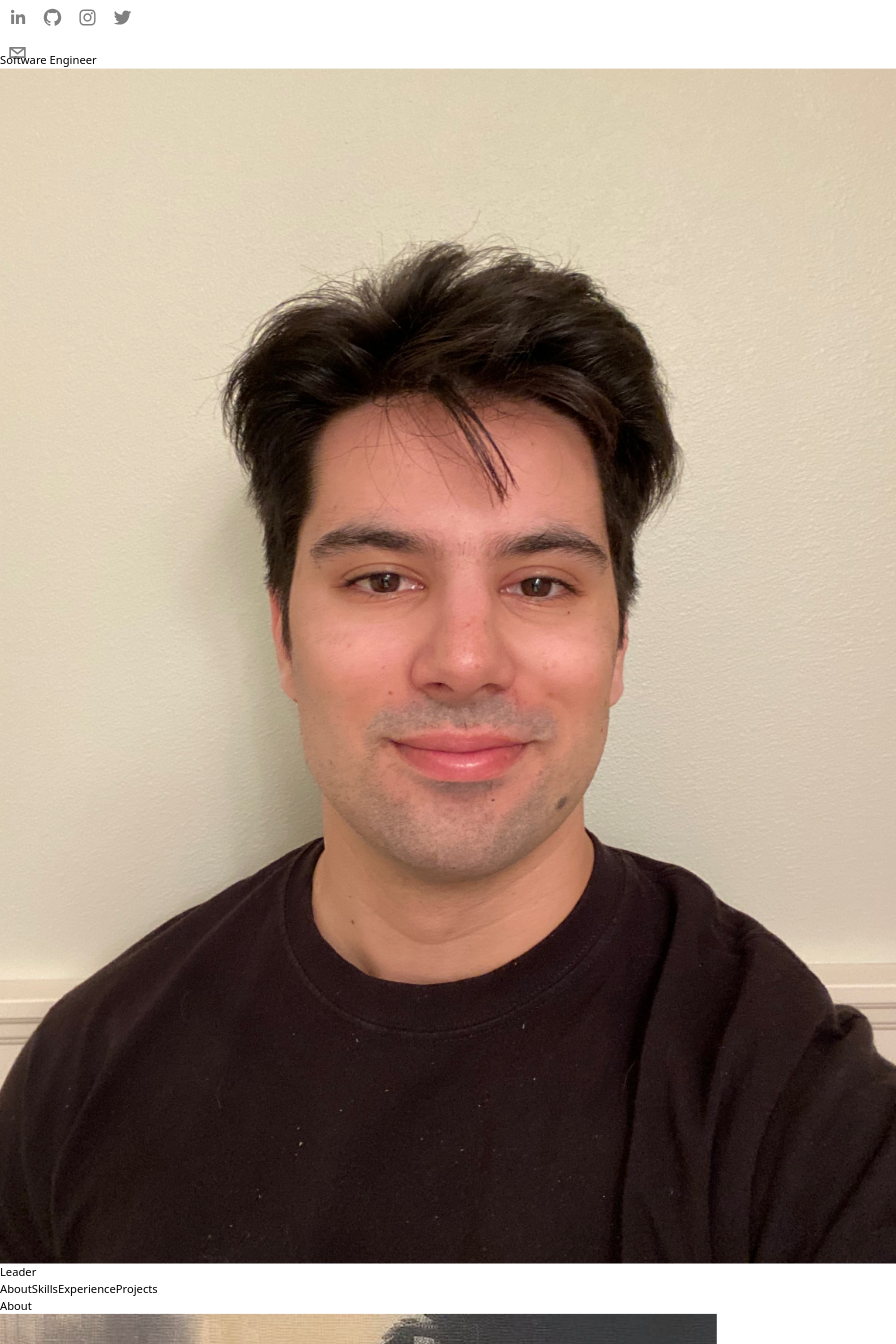
Repository: stephan-chiorean/portfolio
Page: /
These files come from the project's save history. The page is drawn as it stood at one moment and after the next save; the edit follows.
The browser window is 1280 px wide. The pictures show the part of the page from y = 0 to 1920 px (the page is 31484 px tall before and 31360 px after), at 70% of full size.
The project was rebuilt for these pictures with package versions that can differ from the ones it lists, and the page was loaded fresh each time. The framework's server and built-in components were replaced by stand-ins that run in the browser. Also part of the build but not shown: next.config.js.

Above is the page before, as saved 2023-03-11 10:54:02.

After the next save:
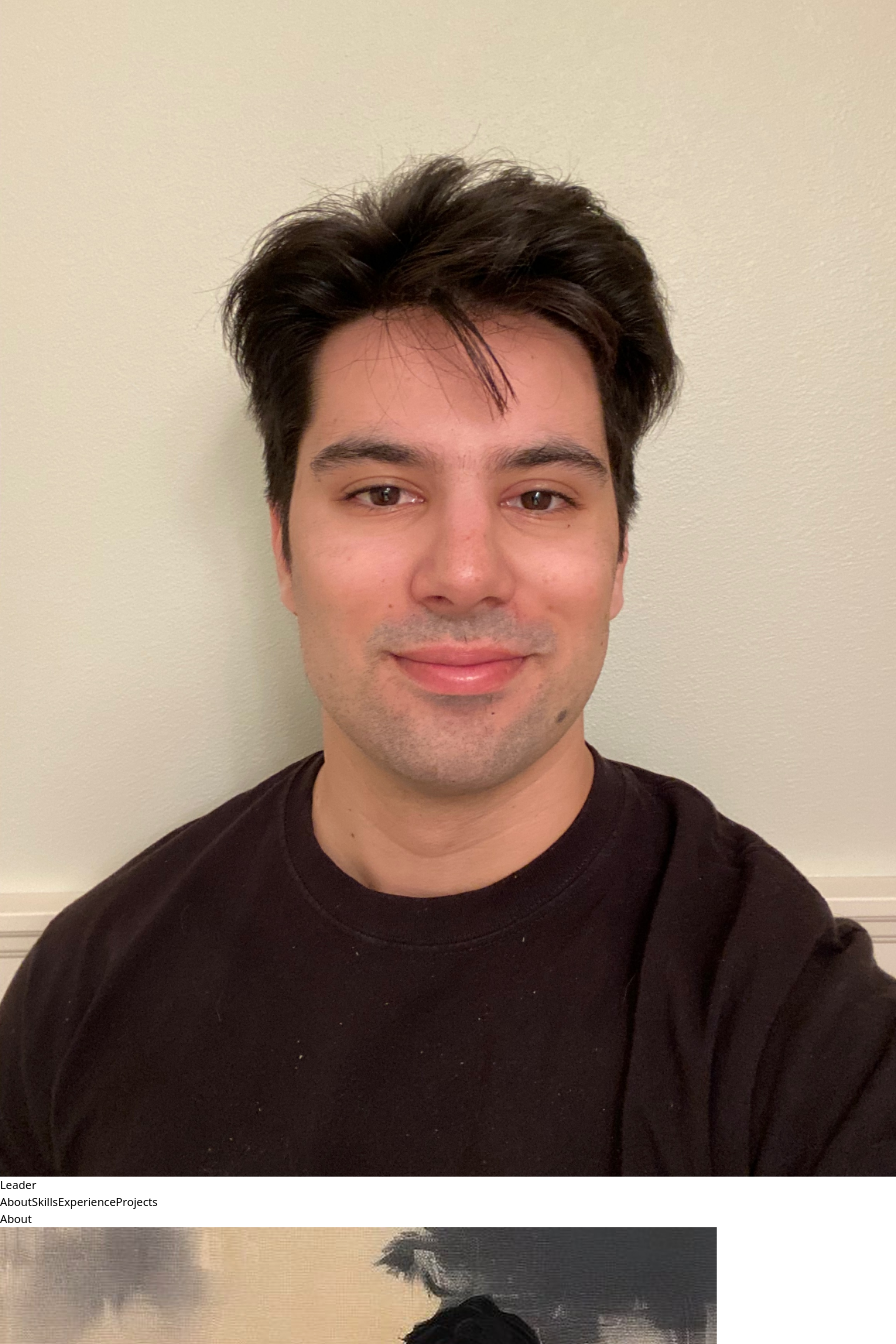
Saved 21 s later.
--- a/pages/index.tsx
+++ b/pages/index.tsx
@@ -16,7 +16,7 @@
         <title>Stephan's Portfolio</title>
       </Head>
 
-      {!isMobile && <Header />}
+      {/* {!isMobile && <Header />} */}
 
       <section id='hero' className='snap-start'>
         <Hero />

After the save that followed:
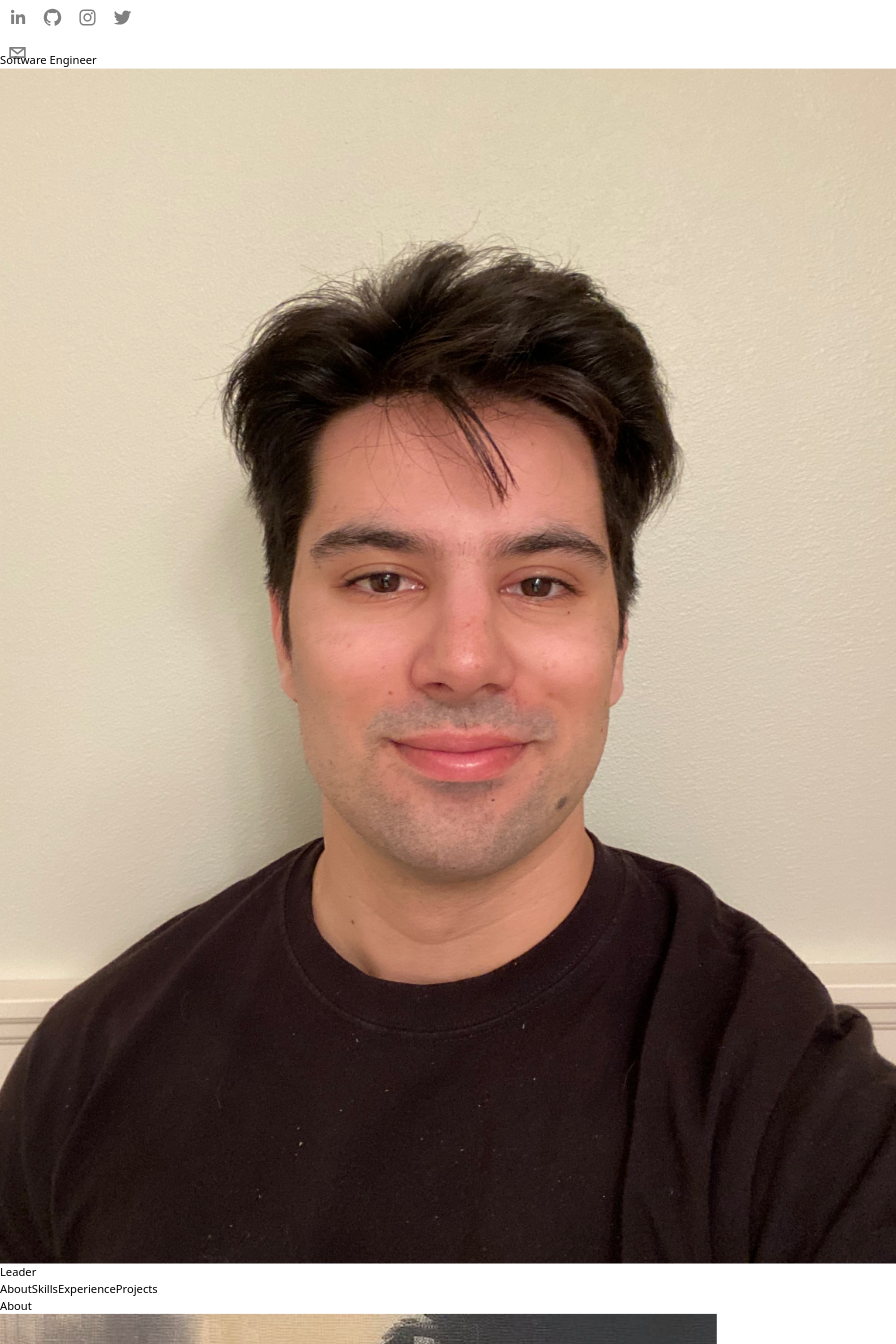
Saved 77 s later.
--- a/pages/index.tsx
+++ b/pages/index.tsx
@@ -16,7 +16,7 @@
         <title>Stephan's Portfolio</title>
       </Head>
 
-      {/* {!isMobile && <Header />} */}
+      {!isMobile && <Header />}
 
       <section id='hero' className='snap-start'>
         <Hero />
